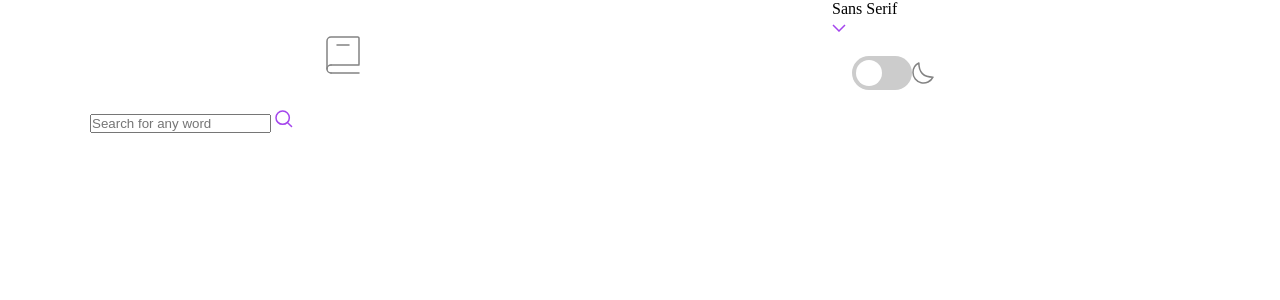
Repository: Arkitecth/dictionary-app
Page: index.html
The author's editor kept a copy of each file at every save. The page is drawn from the files as they stood at one save, then again after the next save.
The browser window is 1280 px wide. The pictures show the whole page.

Above is the page before, as saved 2023-07-19 18:42:01.

After the next save:
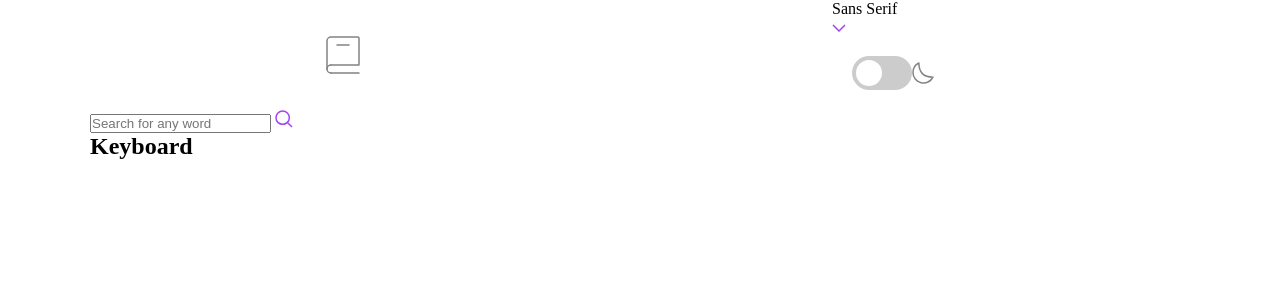
Saved 11 s later.
--- a/index.html
+++ b/index.html
@@ -42,7 +42,7 @@
 
   <main>
     <section class="word-view">
-
+      <h1>Keyboard</h1>
     </section>
   </main>
 
